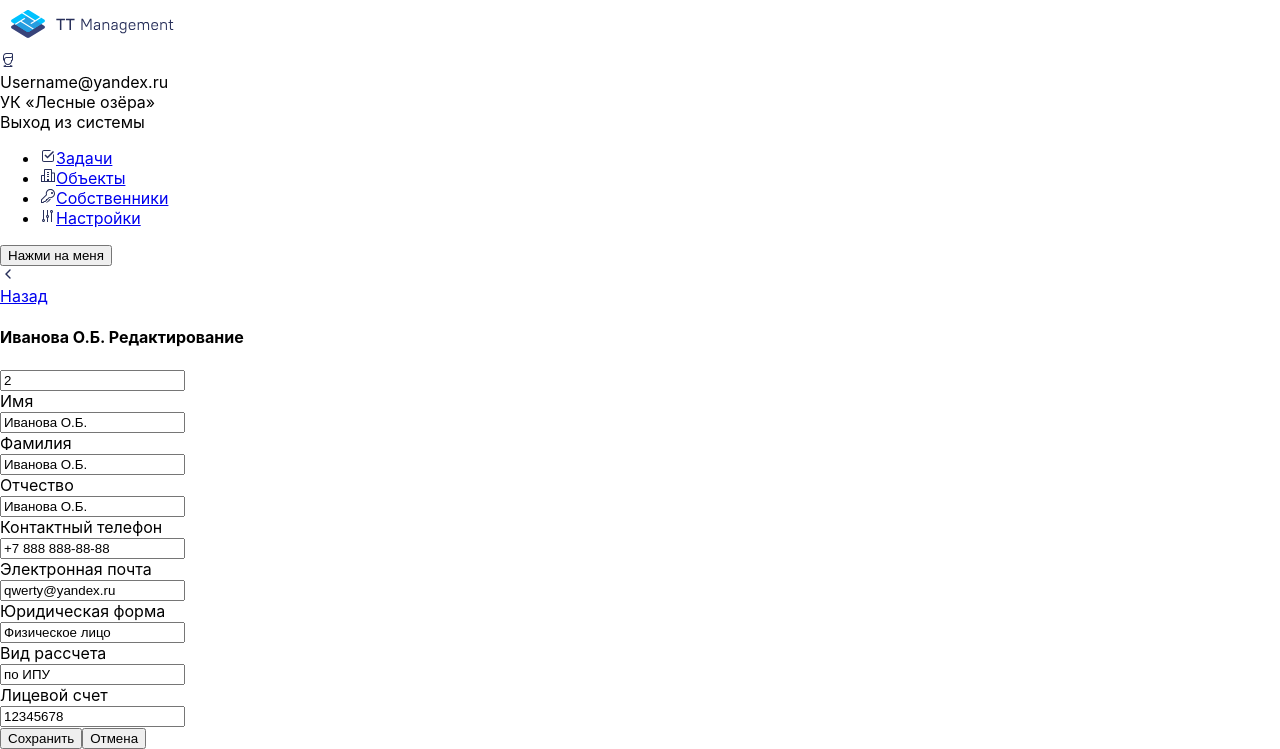
Repository: TryBr/tt-management
Page: /owners/1/edit
An editor plug-in stored every save of this project. The page is shown before and after the next save, followed by the edit.
The browser window is 1280 px wide. The pictures show the whole page.
The project was rebuilt for these pictures with package versions that can differ from the ones it lists, and the page was loaded fresh each time. Also part of the build but not shown: src/App.css, src/TaskDetail.js, src/Owners.js, src/OwnerDetail.js.

Above is the page before, as saved 2020-07-21 11:14:22.

### public/index.html
<!DOCTYPE html>
<html lang="en">
  <head>
    <meta charset="utf-8" />
    <link rel="icon" href="%PUBLIC_URL%/favicon.ico" />
    <meta name="viewport" content="width=device-width, initial-scale=1" />
    <meta name="theme-color" content="#000000" />
    <meta
      name="description"
      content="Web site created using create-react-app"
    />
    <link rel="apple-touch-icon" href="%PUBLIC_URL%/logo192.png" />
    <!--
      manifest.json provides metadata used when your web app is installed on a
      user's mobile device or desktop. See https://developers.google.com/web/fundamentals/web-app-manifest/
    -->
    <link rel="manifest" href="%PUBLIC_URL%/manifest.json" />
    <!--
      Notice the use of %PUBLIC_URL% in the tags above.
      It will be replaced with the URL of the `public` folder during the build.
      Only files inside the `public` folder can be referenced from the HTML.

      Unlike "/favicon.ico" or "favicon.ico", "%PUBLIC_URL%/favicon.ico" will
      work correctly both with client-side routing and a non-root public URL.
      Learn how to configure a non-root public URL by running `npm run build`.
    -->
    <title>TT Management</title>
  </head>
  <body>
    <noscript>You need to enable JavaScript to run this app.</noscript>
    <div id="root"></div>
    <!--
      This HTML file is a template.
      If you open it directly in the browser, you will see an empty page.

      You can add webfonts, meta tags, or analytics to this file.
      The build step will place the bundled scripts into the <body> tag.

      To begin the development, run `npm start` or `yarn start`.
      To create a production bundle, use `npm run build` or `yarn build`.
    -->
  </body>
</html>

### src/OwnerEdit.js
import React, { Fragment, useState } from "react";

import { PageHeader, Row, Col, Form, Button, Input } from 'antd';


import {
    Link,
    useParams,
    useRouteMatch
} from "react-router-dom";

const BackIcon = () => (
    <svg width="16" height="16" viewBox="0 0 16 16" fill="none" xmlns="http://www.w3.org/2000/svg">
    <path fill-rule="evenodd" clip-rule="evenodd" d="M9.5 3.49994C9.77614 3.2238 10.2239 3.2238 10.5 3.49994C10.7761 3.77608 10.7761 4.2238 10.5 4.49994L7 7.99994L10.5 11.4999C10.7761 11.7761 10.7761 12.2238 10.5 12.4999C10.2239 12.7761 9.77614 12.7761 9.5 12.4999L5 7.99994L9.5 3.49994Z" fill="#272F5A"/>
    </svg>
);

const OwnerEdit = ({ owner }) => {

    const [owners, setOwners] = useState({
        owners: [],
    });

    const [count, setCount] = useState(0);

    let { id } = useParams();
    let { url } = useRouteMatch();

    const onFinish = values => {
        setOwners({
            ...owners,
            owners: values
        });
        console.log('Success:', values);
    };

    return (

        <div className="owner-detail">
                  <button onClick={() => setCount(count + 1)}>
        Нажми на меня
      </button>
            <Link to={`/owners/${id}`}>
                <PageHeader
                    className="site-page-header"
                    onBack={() => null}
                    title="Назад"
                    backIcon={<BackIcon />}
                />
            </Link>
            <h1 className="page-title">{owner[id].fio} Редактирование</h1>

            <Row>
                <Col span={12}>
                        <Form layout={"vertical"} size={"middle"} onFinish={onFinish}>
                            <Form.Item name="id" initialValue={owner[id].id} hidden="true">
                                <Input />
                            </Form.Item>
                            <Form.Item label="Имя" name="name" initialValue={owner[id].fio} >
                                <Input />
                            </Form.Item>
                            <Form.Item label="Фамилия" name="lastname" initialValue={owner[id].fio}>
                                <Input />
                            </Form.Item>
                            <Form.Item label="Отчество" name="patronymic" initialValue={owner[id].fio}>
                                <Input />
                            </Form.Item>
                            <Form.Item label="Контактный телефон" name="phone" initialValue={owner[id].phone}>
                                <Input />
                            </Form.Item>
                            <Form.Item label="Электронная почта" name="email" initialValue={owner[id].email}>
                                <Input />
                            </Form.Item>
                            <Form.Item label="Юридическая форма" name="legalform" initialValue={owner[id].legalForm}>
                                <Input />
                            </Form.Item>
                            <Form.Item label="Вид рассчета" name="paytype" initialValue={owner[id].payType}>
                                <Input />
                            </Form.Item>
                            <Form.Item label="Лицевой счет" name="accountnumber" initialValue={owner[id].accountNumber}>
                                <Input />
                            </Form.Item>

                            <Form.Item>
                                <Button type="primary" htmlType="submit">Сохранить</Button>
                                <Button type="default">Отмена</Button>
                            </Form.Item>
                        </Form>
                </Col>
            </Row>

        </div>
    );

}

export default OwnerEdit;

Loaded but not shown: src/index.js (common file); src/index.css (common file); src/serviceWorker.js (common file); src/App.js (202 lines, source omitted)

After the next save:
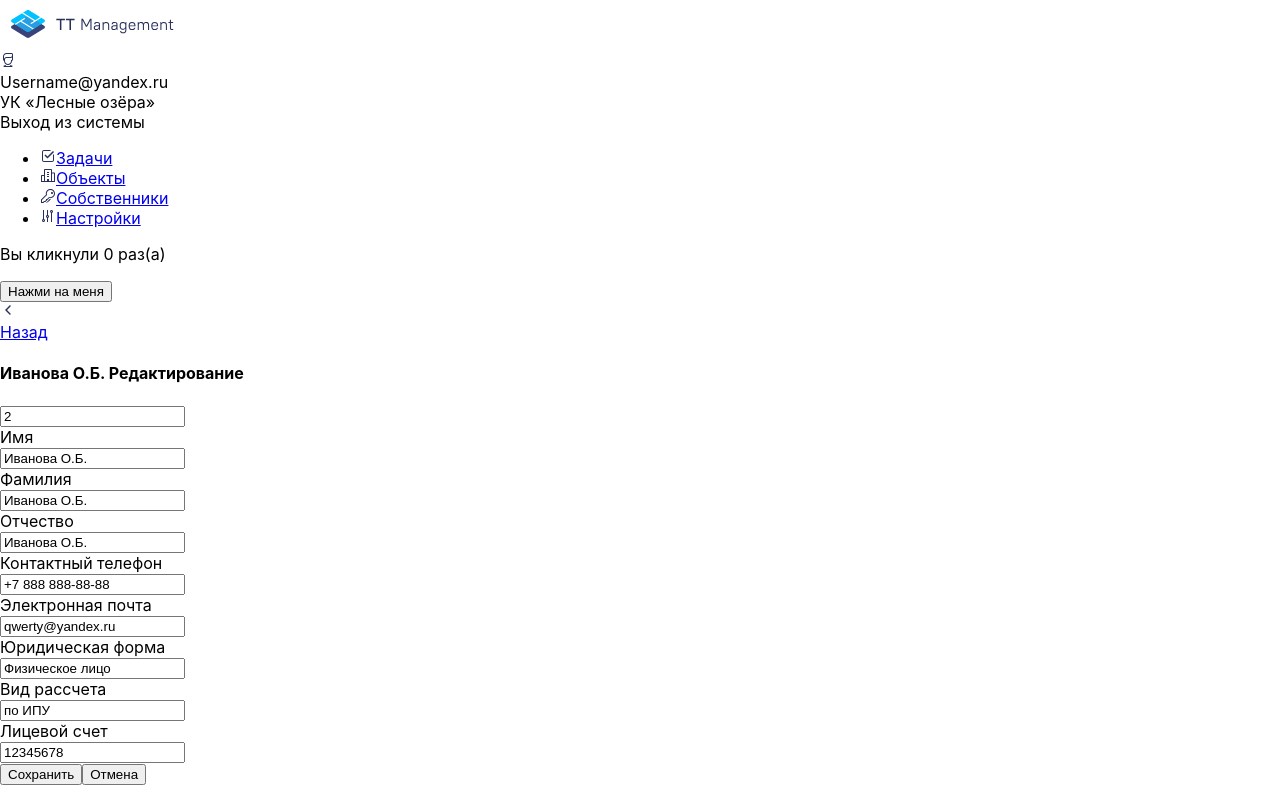
Saved 58 s later.
--- a/src/OwnerEdit.js
+++ b/src/OwnerEdit.js
@@ -37,9 +37,10 @@ const OwnerEdit = ({ owner }) => {
     return (
 
         <div className="owner-detail">
-                  <button onClick={() => setCount(count + 1)}>
-        Нажми на меня
-      </button>
+            <p>Вы кликнули {count} раз(а)</p>
+            <button onClick={() => setCount(count + 1)}>
+                Нажми на меня
+            </button>
             <Link to={`/owners/${id}`}>
                 <PageHeader
                     className="site-page-header"
